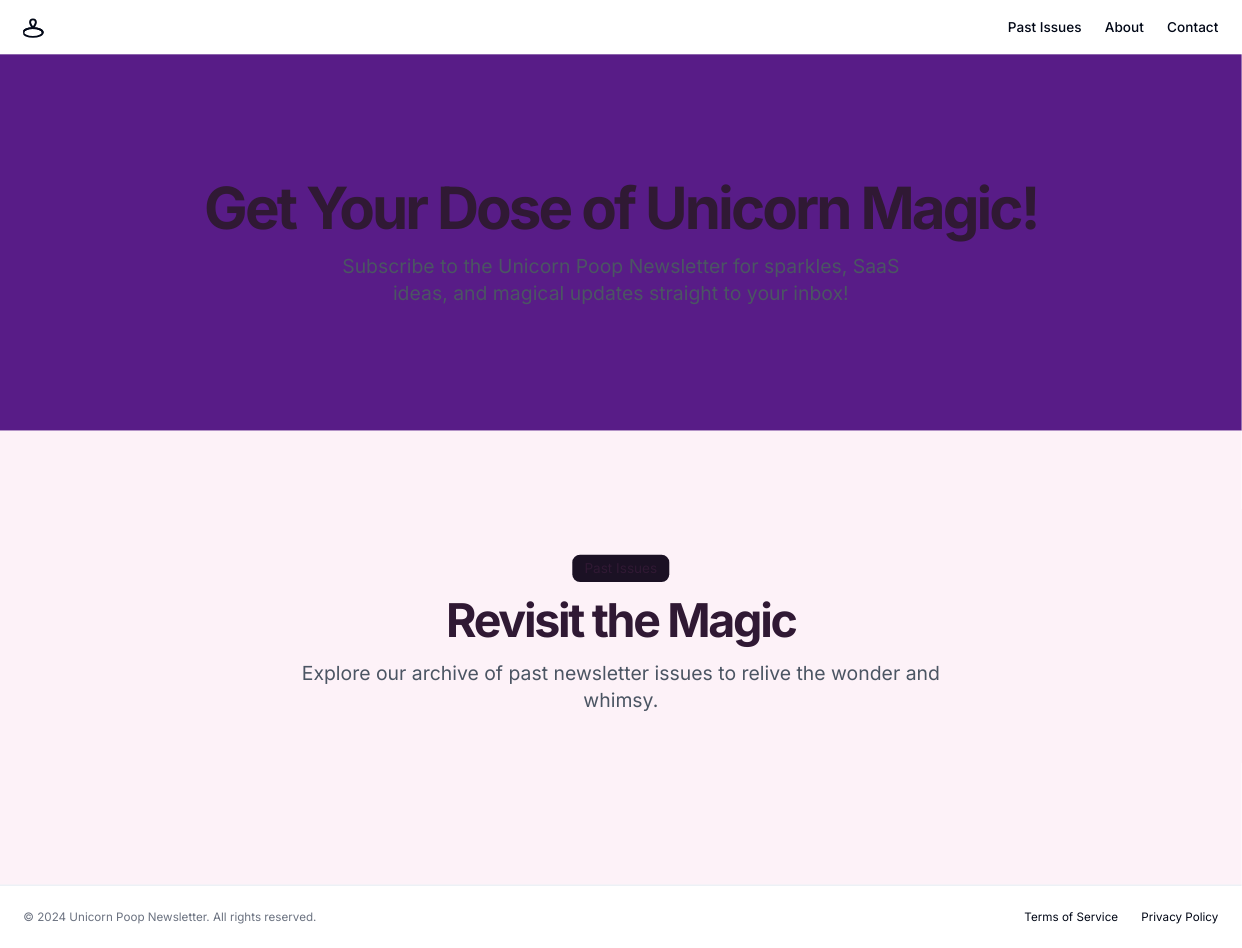
Repository: djdjdallas/unicorn-poop-newsletter
Page: /
The author's editor kept a copy of each file at every save. The page is drawn from the files as they stood at one save, then again after the next save.
The browser window is 1280 px wide. The pictures show the whole page, at 97% of full size.
The page's requests for data from a server got no answer. The project was rebuilt for these pictures with package versions that can differ from the ones it lists, and the page was loaded fresh each time. The framework's server and built-in components were replaced by stand-ins that run in the browser. No one was signed in, and anything a server would have sent is missing. Also part of the build but not shown: next.config.mjs, src/lib/utils.js, src/components/ui/input.jsx, src/components/ui/button.jsx, src/components/ui/card.jsx.

Above is the page before, as saved 2024-08-10 10:59:01.

### src/app/layout.js
import { Inter } from "next/font/google";
import "./globals.css";

const inter = Inter({ subsets: ["latin"] });

export const metadata = {
  title: "🦄 Unicorn Poop",
  description: "Magical SaaS ideas and sparkly insights for entrepreneurs",
};

export default function RootLayout({ children }) {
  return (
    <html lang="en">
      <body className={inter.className}>{children}</body>
    </html>
  );
}

### src/app/page.js
import { createClient } from "@supabase/supabase-js";
import Link from "next/link";
import { Input } from "@/components/ui/input";
import { Button } from "@/components/ui/button";
import {
  Card,
  CardHeader,
  CardTitle,
  CardDescription,
  CardContent,
  CardFooter,
} from "@/components/ui/card";

// Initialize Supabase client
const supabase = createClient(
  process.env.NEXT_PUBLIC_SUPABASE_URL,
  process.env.NEXT_PUBLIC_SUPABASE_ANON_KEY
);

function UnicornIcon(props) {
  return (
    <svg
      {...props}
      xmlns="http://www.w3.org/2000/svg"
      width="24"
      height="24"
      viewBox="0 0 24 24"
      fill="none"
      stroke="currentColor"
      strokeWidth="2"
      strokeLinecap="round"
      strokeLinejoin="round"
    >
      <path d="M20 17.5c0 2.485-4.477 4.5-10 4.5S0 19.985 0 17.5 4.477 13 10 13s10 2.015 10 4.5Z" />
      <path d="M10 13s3-4 3-6c0-1.655-1.345-3-3-3S7 5.345 7 7c0 2 3 6 3 6Z" />
      <path d="M20 17.5c0-2.485-4.477-4.5-10-4.5S0 15.015 0 17.5" />
    </svg>
  );
}

// You'll need to create this as a separate Client Component
// import NewsletterSignup from "@/components/NewsletterSignup";

export default async function Home() {
  // Fetch issues from Supabase
  const { data: issues, error } = await supabase
    .from("newsletter_issues")
    .select("title, description, slug, published_at")
    .order("published_at", { ascending: false })
    .limit(3);

  if (error) {
    console.error("Error fetching issues:", error);
  }

  return (
    <div className="flex flex-col min-h-dvh">
      <header className="px-4 lg:px-6 h-14 flex items-center">
        <Link href="/" className="flex items-center justify-center">
          <UnicornIcon className="size-6" />
          <span className="sr-only">Unicorn Poop Newsletter</span>
        </Link>
        <nav className="ml-auto flex gap-4 sm:gap-6">
          <Link
            href="#past-issues"
            className="text-sm font-medium hover:underline underline-offset-4"
          >
            Past Issues
          </Link>
          <Link
            href="#"
            className="text-sm font-medium hover:underline underline-offset-4"
          >
            About
          </Link>
          <Link
            href="#"
            className="text-sm font-medium hover:underline underline-offset-4"
          >
            Contact
          </Link>
        </nav>
      </header>

      <main className="flex-1">
        <section className="w-full py-12 md:py-24 lg:py-32 bg-purple-900">
          <div className="container px-4 md:px-6 space-y-8 lg:space-y-12">
            <div className="flex flex-col items-center justify-center text-center space-y-4">
              <h1 className="text-3xl font-bold tracking-tighter sm:text-4xl md:text-5xl lg:text-6xl text-[#301934]">
                Get Your Dose of Unicorn Magic!
              </h1>
              <p className="max-w-[600px] text-gray-600 md:text-xl">
                Subscribe to the Unicorn Poop Newsletter for sparkles, SaaS
                ideas, and magical updates straight to your inbox!
              </p>
              {/* <NewsletterSignup /> */}
            </div>
          </div>
        </section>

        {issues && issues.length > 0 && (
          <section className="w-full py-12 md:py-24 lg:py-32">
            <div className="container px-4 md:px-6 space-y-8 lg:space-y-12">
              <div className="flex flex-col items-center justify-center text-center space-y-4">
                <div className="inline-block rounded-lg bg-[#1b1124] px-3 py-1 text-sm text-[#301934]">
                  Latest Issue
                </div>
                <h2 className="text-3xl font-bold tracking-tighter sm:text-4xl md:text-5xl text-[#301934]">
                  {issues[0].title}
                </h2>
                <p className="max-w-[700px] text-gray-600 md:text-xl">
                  {issues[0].description}
                </p>
              </div>
              <div className="text-center">
                <Link
                  href={`/issues/${issues[0].slug}`}
                  className="inline-block bg-[#301934] text-white px-6 py-3 rounded-lg hover:bg-pink-700 transition-colors"
                >
                  Read Latest Issue
                </Link>
              </div>
            </div>
          </section>
        )}

        <section
          id="past-issues"
          className="w-full py-12 md:py-24 lg:py-32 bg-pink-50"
        >
          <div className="container px-4 md:px-6 space-y-8 lg:space-y-12">
            <div className="flex flex-col items-center justify-center text-center space-y-4">
              <div className="inline-block rounded-lg bg-[#1b1124] px-3 py-1 text-sm text-[#301934]">
                Past Issues
              </div>
              <h2 className="text-3xl font-bold tracking-tighter sm:text-4xl md:text-5xl text-[#301934]">
                Revisit the Magic
              </h2>
              <p className="max-w-[700px] text-gray-600 md:text-xl">
                Explore our archive of past newsletter issues to relive the
                wonder and whimsy.
              </p>
            </div>
            <div className="grid grid-cols-1 sm:grid-cols-2 lg:grid-cols-3 gap-6">
              {issues &&
                issues.map((issue) => (
                  <Card key={issue.slug}>
                    <CardHeader>
                      <CardTitle>{issue.title}</CardTitle>
                      <CardDescription>{issue.description}</CardDescription>
                    </CardHeader>
                    <CardContent>
                      <p className="text-sm text-gray-500">
                        Published on:{" "}
                        {new Date(issue.published_at).toLocaleDateString()}
                      </p>
                    </CardContent>
                    <CardFooter>
                      <Link
                        href={`/issues/${issue.slug}`}
                        className="text-[#301934] hover:underline"
                      >
                        Read Issue
                      </Link>
                    </CardFooter>
                  </Card>
                ))}
            </div>
          </div>
        </section>
      </main>

      <footer className="flex flex-col gap-2 sm:flex-row py-6 w-full shrink-0 items-center px-4 md:px-6 border-t">
        <p className="text-xs text-gray-500">
          &copy; 2024 Unicorn Poop Newsletter. All rights reserved.
        </p>
        <nav className="sm:ml-auto flex gap-4 sm:gap-6">
          <Link href="#" className="text-xs hover:underline underline-offset-4">
            Terms of Service
          </Link>
          <Link href="#" className="text-xs hover:underline underline-offset-4">
            Privacy Policy
          </Link>
        </nav>
      </footer>
    </div>
  );
}

Loaded but not shown: src/app/globals.css (common file); tailwind.config.js (common file)

After the next save:
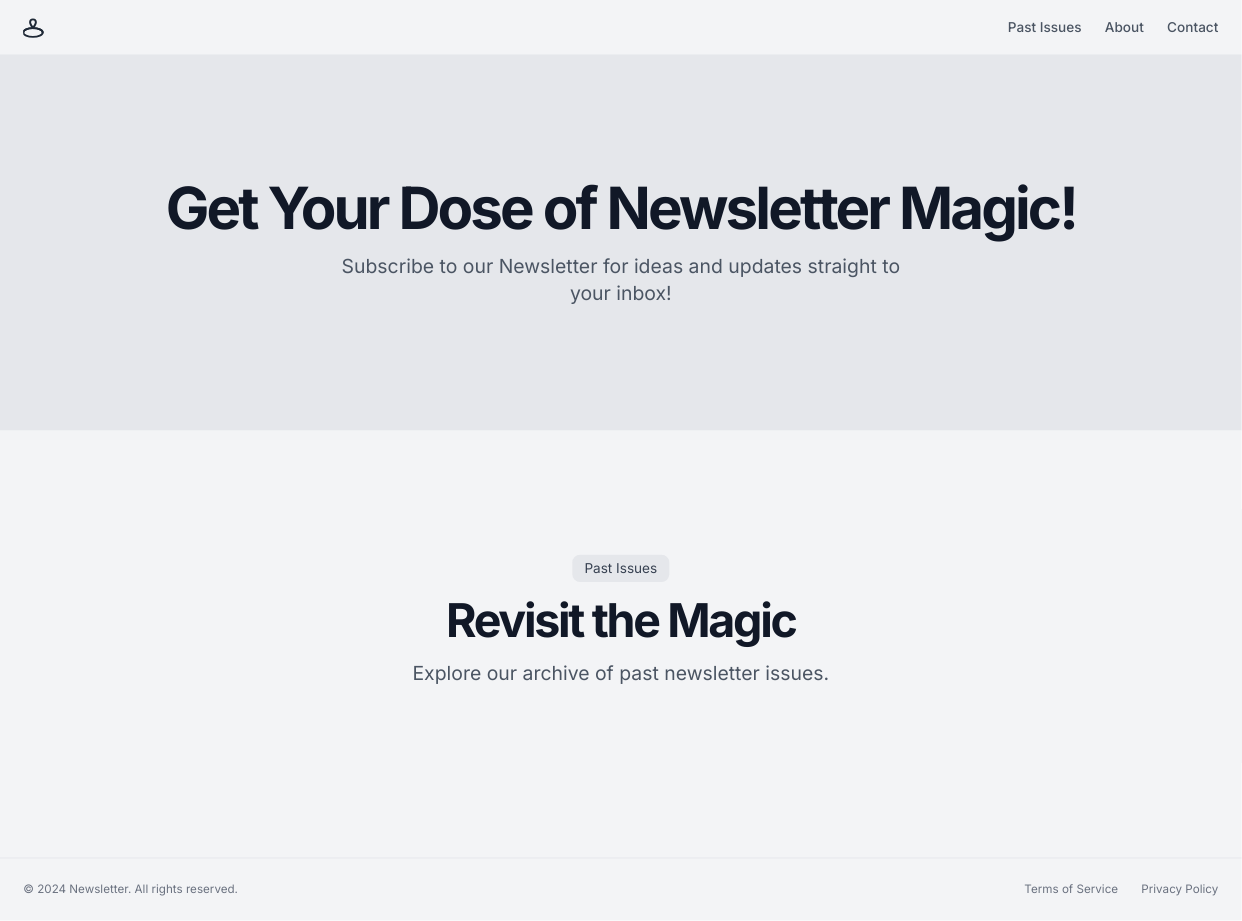
Saved 2 min 7 s later.
--- a/src/app/page.js
+++ b/src/app/page.js
@@ -54,28 +54,28 @@ export default async function Home() {
   }
 
   return (
-    <div className="flex flex-col min-h-dvh">
-      <header className="px-4 lg:px-6 h-14 flex items-center">
+    <div className="flex flex-col min-h-dvh bg-white">
+      <header className="px-4 lg:px-6 h-14 flex items-center bg-gray-100">
         <Link href="/" className="flex items-center justify-center">
-          <UnicornIcon className="size-6" />
-          <span className="sr-only">Unicorn Poop Newsletter</span>
+          <UnicornIcon className="size-6 text-gray-800" />
+          <span className="sr-only">Newsletter</span>
         </Link>
         <nav className="ml-auto flex gap-4 sm:gap-6">
           <Link
             href="#past-issues"
-            className="text-sm font-medium hover:underline underline-offset-4"
+            className="text-sm font-medium text-gray-600 hover:text-gray-900 hover:underline underline-offset-4"
           >
             Past Issues
           </Link>
           <Link
             href="#"
-            className="text-sm font-medium hover:underline underline-offset-4"
+            className="text-sm font-medium text-gray-600 hover:text-gray-900 hover:underline underline-offset-4"
           >
             About
           </Link>
           <Link
             href="#"
-            className="text-sm font-medium hover:underline underline-offset-4"
+            className="text-sm font-medium text-gray-600 hover:text-gray-900 hover:underline underline-offset-4"
           >
             Contact
           </Link>
@@ -83,15 +83,15 @@ export default async function Home() {
       </header>
 
       <main className="flex-1">
-        <section className="w-full py-12 md:py-24 lg:py-32 bg-purple-900">
+        <section className="w-full py-12 md:py-24 lg:py-32 bg-gray-200">
           <div className="container px-4 md:px-6 space-y-8 lg:space-y-12">
             <div className="flex flex-col items-center justify-center text-center space-y-4">
-              <h1 className="text-3xl font-bold tracking-tighter sm:text-4xl md:text-5xl lg:text-6xl text-[#301934]">
-                Get Your Dose of Unicorn Magic!
+              <h1 className="text-3xl font-bold tracking-tighter sm:text-4xl md:text-5xl lg:text-6xl text-gray-900">
+                Get Your Dose of Newsletter Magic!
               </h1>
               <p className="max-w-[600px] text-gray-600 md:text-xl">
-                Subscribe to the Unicorn Poop Newsletter for sparkles, SaaS
-                ideas, and magical updates straight to your inbox!
+                Subscribe to our Newsletter for ideas and updates straight to
+                your inbox!
               </p>
               {/* <NewsletterSignup /> */}
             </div>
@@ -102,10 +102,10 @@ export default async function Home() {
           <section className="w-full py-12 md:py-24 lg:py-32">
             <div className="container px-4 md:px-6 space-y-8 lg:space-y-12">
               <div className="flex flex-col items-center justify-center text-center space-y-4">
-                <div className="inline-block rounded-lg bg-[#1b1124] px-3 py-1 text-sm text-[#301934]">
+                <div className="inline-block rounded-lg bg-gray-200 px-3 py-1 text-sm text-gray-700">
                   Latest Issue
                 </div>
-                <h2 className="text-3xl font-bold tracking-tighter sm:text-4xl md:text-5xl text-[#301934]">
+                <h2 className="text-3xl font-bold tracking-tighter sm:text-4xl md:text-5xl text-gray-900">
                   {issues[0].title}
                 </h2>
                 <p className="max-w-[700px] text-gray-600 md:text-xl">
@@ -115,7 +115,7 @@ export default async function Home() {
               <div className="text-center">
                 <Link
                   href={`/issues/${issues[0].slug}`}
-                  className="inline-block bg-[#301934] text-white px-6 py-3 rounded-lg hover:bg-pink-700 transition-colors"
+                  className="inline-block bg-gray-800 text-white px-6 py-3 rounded-lg hover:bg-gray-700 transition-colors"
                 >
                   Read Latest Issue
                 </Link>
@@ -126,28 +126,31 @@ export default async function Home() {
 
         <section
           id="past-issues"
-          className="w-full py-12 md:py-24 lg:py-32 bg-pink-50"
+          className="w-full py-12 md:py-24 lg:py-32 bg-gray-100"
         >
           <div className="container px-4 md:px-6 space-y-8 lg:space-y-12">
             <div className="flex flex-col items-center justify-center text-center space-y-4">
-              <div className="inline-block rounded-lg bg-[#1b1124] px-3 py-1 text-sm text-[#301934]">
+              <div className="inline-block rounded-lg bg-gray-200 px-3 py-1 text-sm text-gray-700">
                 Past Issues
               </div>
-              <h2 className="text-3xl font-bold tracking-tighter sm:text-4xl md:text-5xl text-[#301934]">
+              <h2 className="text-3xl font-bold tracking-tighter sm:text-4xl md:text-5xl text-gray-900">
                 Revisit the Magic
               </h2>
               <p className="max-w-[700px] text-gray-600 md:text-xl">
-                Explore our archive of past newsletter issues to relive the
-                wonder and whimsy.
+                Explore our archive of past newsletter issues.
               </p>
             </div>
             <div className="grid grid-cols-1 sm:grid-cols-2 lg:grid-cols-3 gap-6">
               {issues &&
                 issues.map((issue) => (
-                  <Card key={issue.slug}>
+                  <Card key={issue.slug} className="bg-white">
                     <CardHeader>
-                      <CardTitle>{issue.title}</CardTitle>
-                      <CardDescription>{issue.description}</CardDescription>
+                      <CardTitle className="text-gray-900">
+                        {issue.title}
+                      </CardTitle>
+                      <CardDescription className="text-gray-600">
+                        {issue.description}
+                      </CardDescription>
                     </CardHeader>
                     <CardContent>
                       <p className="text-sm text-gray-500">
@@ -158,7 +161,7 @@ export default async function Home() {
                     <CardFooter>
                       <Link
                         href={`/issues/${issue.slug}`}
-                        className="text-[#301934] hover:underline"
+                        className="text-gray-700 hover:text-gray-900 hover:underline"
                       >
                         Read Issue
                       </Link>
@@ -170,15 +173,21 @@ export default async function Home() {
         </section>
       </main>
 
-      <footer className="flex flex-col gap-2 sm:flex-row py-6 w-full shrink-0 items-center px-4 md:px-6 border-t">
+      <footer className="flex flex-col gap-2 sm:flex-row py-6 w-full shrink-0 items-center px-4 md:px-6 border-t border-gray-200 bg-gray-100">
         <p className="text-xs text-gray-500">
-          &copy; 2024 Unicorn Poop Newsletter. All rights reserved.
+          &copy; 2024 Newsletter. All rights reserved.
         </p>
         <nav className="sm:ml-auto flex gap-4 sm:gap-6">
-          <Link href="#" className="text-xs hover:underline underline-offset-4">
+          <Link
+            href="#"
+            className="text-xs text-gray-500 hover:text-gray-700 hover:underline underline-offset-4"
+          >
             Terms of Service
           </Link>
-          <Link href="#" className="text-xs hover:underline underline-offset-4">
+          <Link
+            href="#"
+            className="text-xs text-gray-500 hover:text-gray-700 hover:underline underline-offset-4"
+          >
             Privacy Policy
           </Link>
         </nav>
